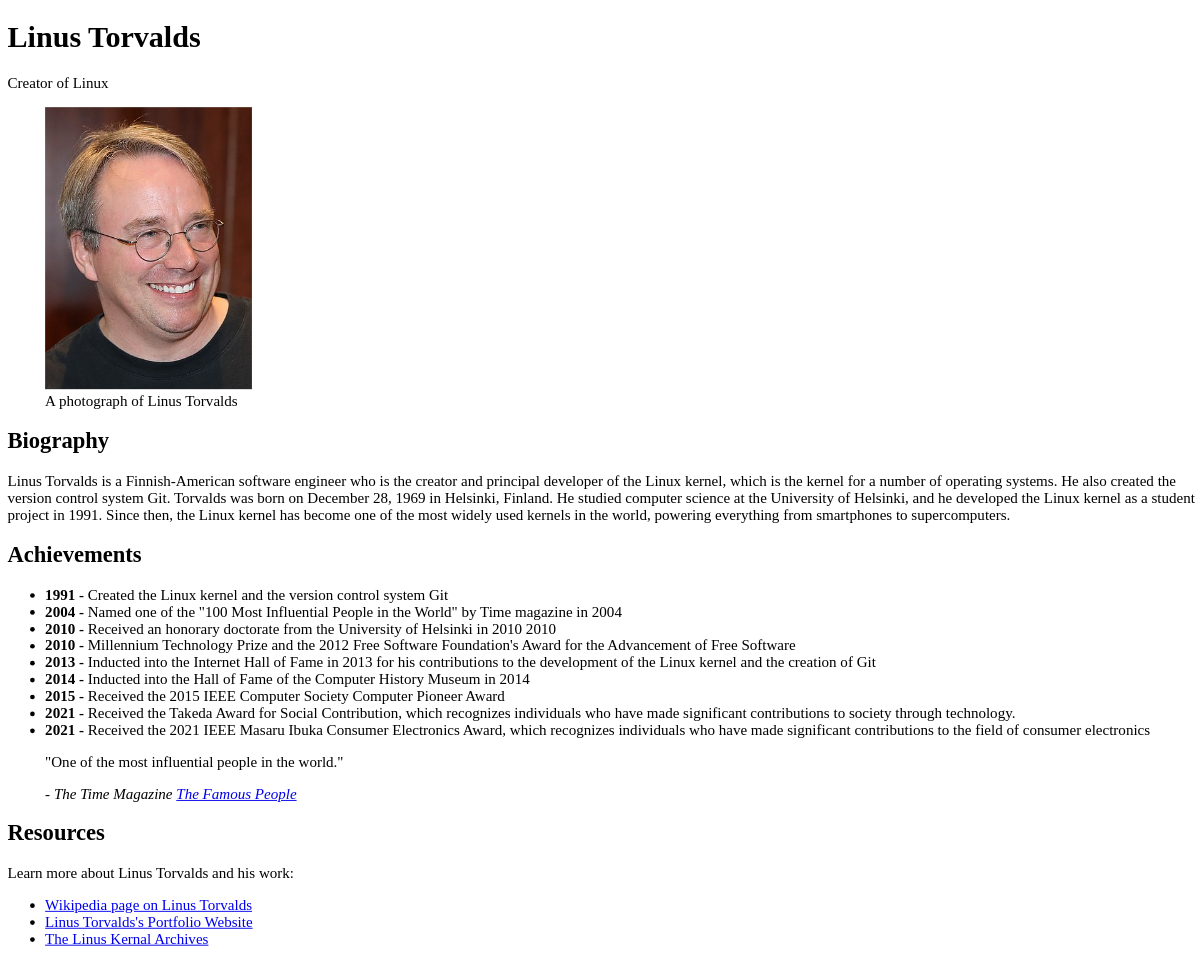
Repository: shoaib-1729/Web-Dev-Course_Dot-Batch_Love-Babbar
Page: 02_HTML Session Basics-to-Pro Level/03_HTML-Basics-Session-III/03_Code-Practice-Session-3/02_linusTorvaldsPortfolio.html
An editor plug-in stored every save of this project. The page is shown before and after the next save, followed by the edit.
The browser window is 1280 px wide. The pictures show the whole page, at 94% of full size.

Above is the page before, as saved 2023-07-29 21:57:53.

After the next save:
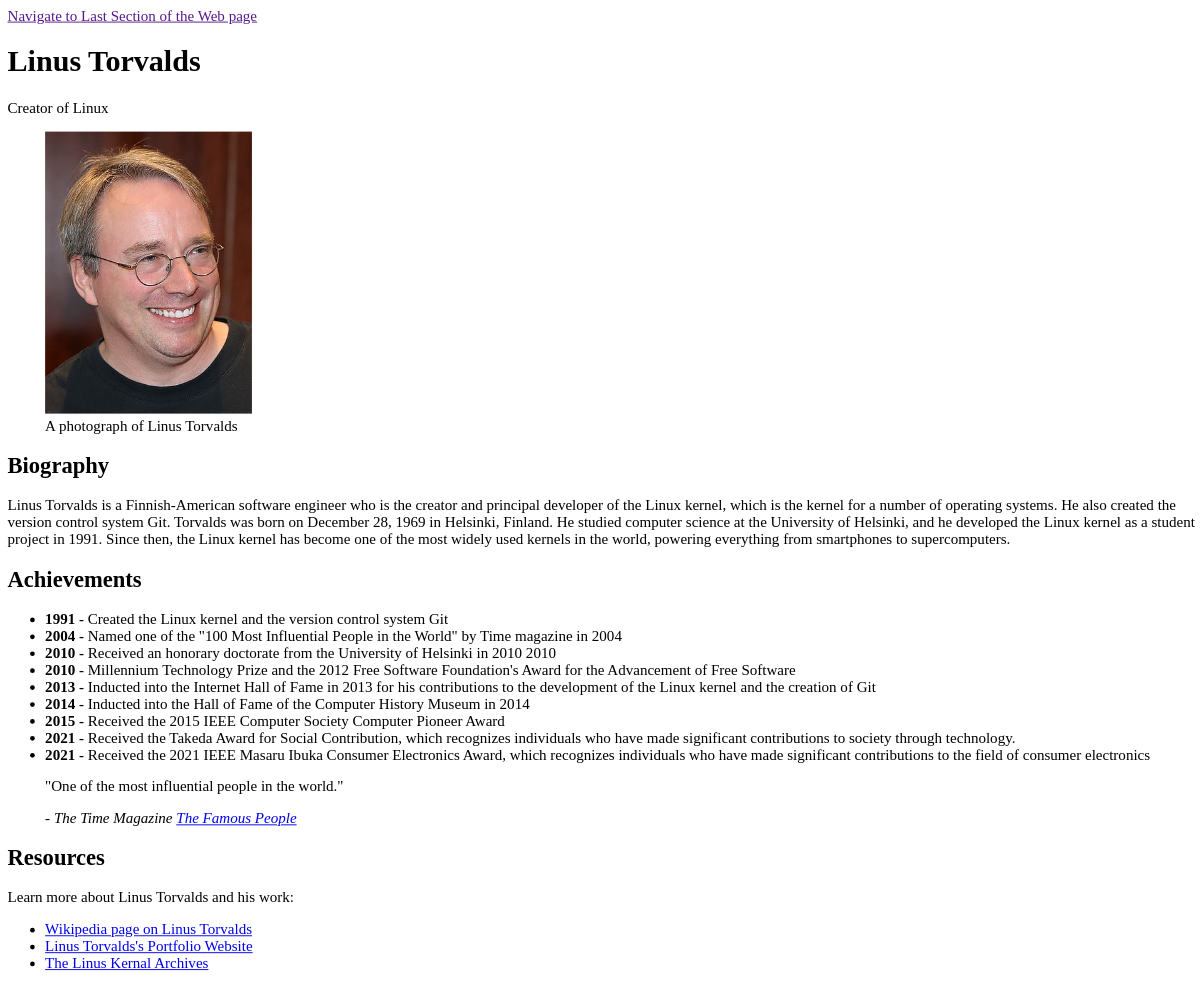
Saved 84 s later.
--- a/02_HTML Session Basics-to-Pro Level/03_HTML-Basics-Session-III/03_Code-Practice-Session-3/02_linusTorvaldsPortfolio.html
+++ b/02_HTML Session Basics-to-Pro Level/03_HTML-Basics-Session-III/03_Code-Practice-Session-3/02_linusTorvaldsPortfolio.html
@@ -9,6 +9,7 @@
 
 <body>
     <!-- Intro Image Section -->
+    <a href="">Navigate to Last Section of the Web page</a>
     <h1>Linus Torvalds</h1>
     <p>Creator of Linux</p>
 
@@ -79,7 +80,7 @@
     </blockquote>
 
 
-    <section>
+    <section id="resources-section">
         <h2>Resources</h2>
         <p>Learn more about Linus Torvalds and his work:</p>
         <ul>
